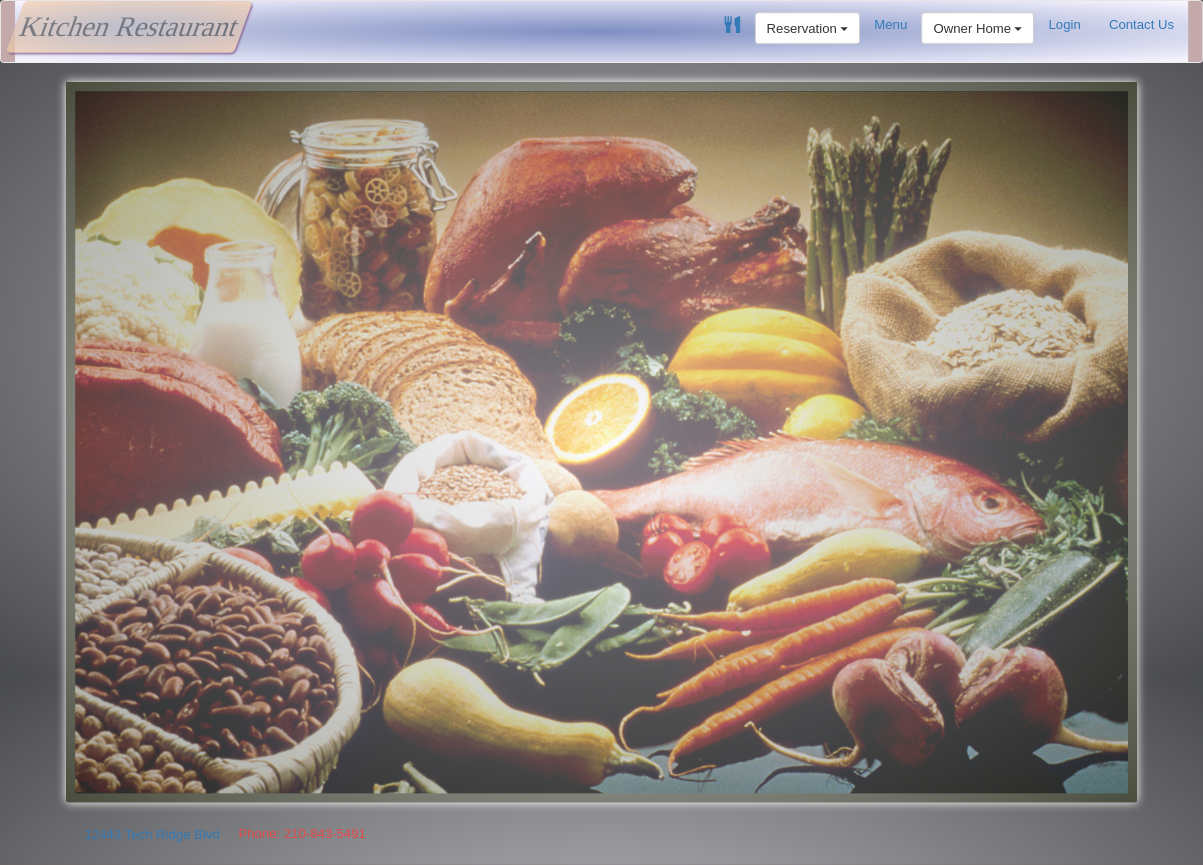
Repository: kmrahman/Restaurant
Page: KitchenApp/WebContent/home.html
The author's editor kept a copy of each file at every save. The page is drawn from the files as they stood at one save, then again after the next save.
The browser window is 1280 px wide. The pictures show the whole page, at 94% of full size.
Backgrounds fixed to the window are drawn as part of the page. Some web fonts or font styles are not loaded; a fallback is used. Some web libraries are served in a nearby version.

Above is the page before, as saved 2015-02-12 05:25:42.

After the next save:
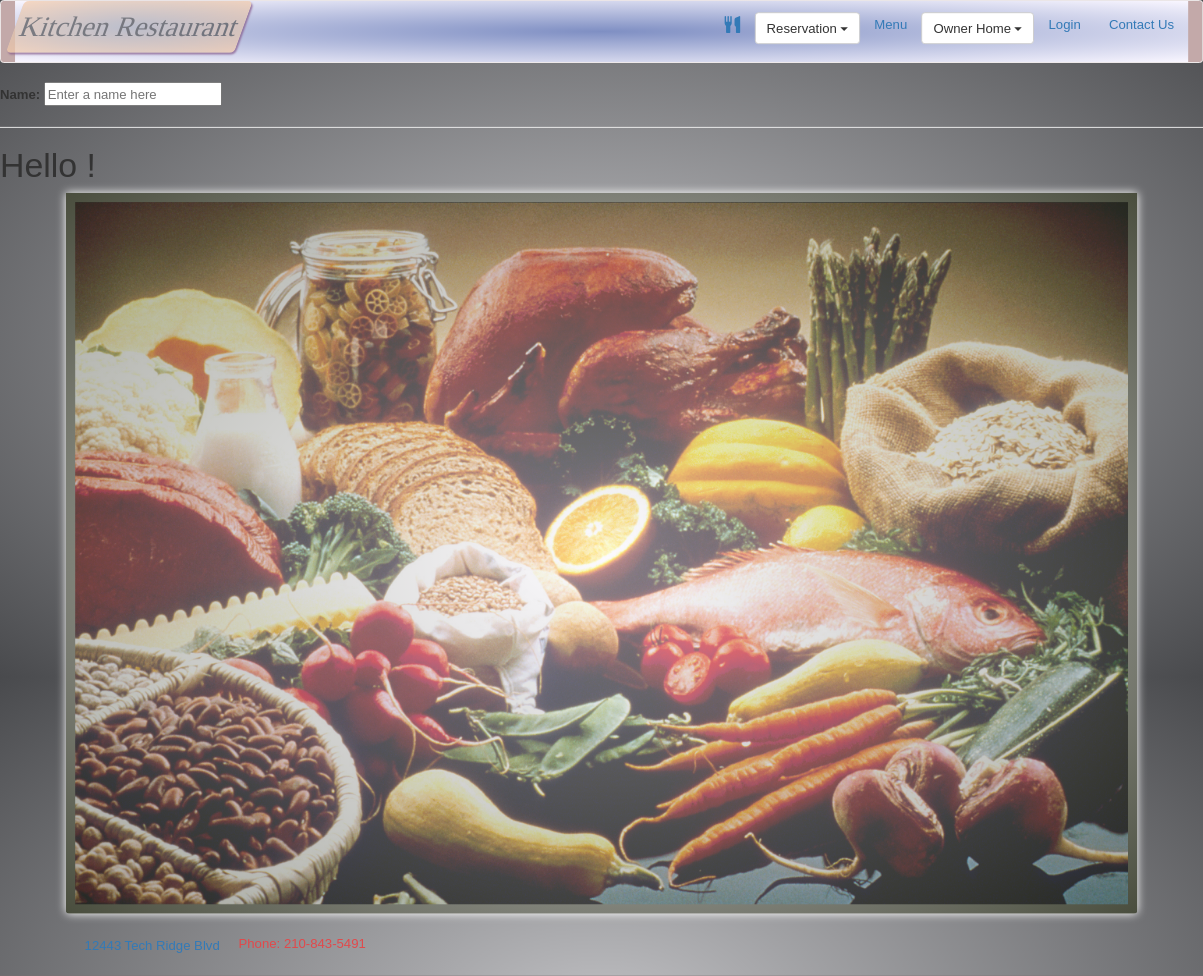
Saved 2 min 6 s later.
--- a/KitchenApp/WebContent/home.html
+++ b/KitchenApp/WebContent/home.html
@@ -77,6 +77,13 @@
          </div>
     </div><!-- /.container-fluid -->
 </nav>
+
+ <div>
+      <label>Name:</label>
+      <input type="text" ng-model="yourName" placeholder="Enter a name here">
+      <hr>
+      <h1>Hello {{yourName}}!</h1>
+    </div>
 <!-- new reservation -->
 <section class="sectionProp" id="new_edit">
     <div class="container" id="home">
